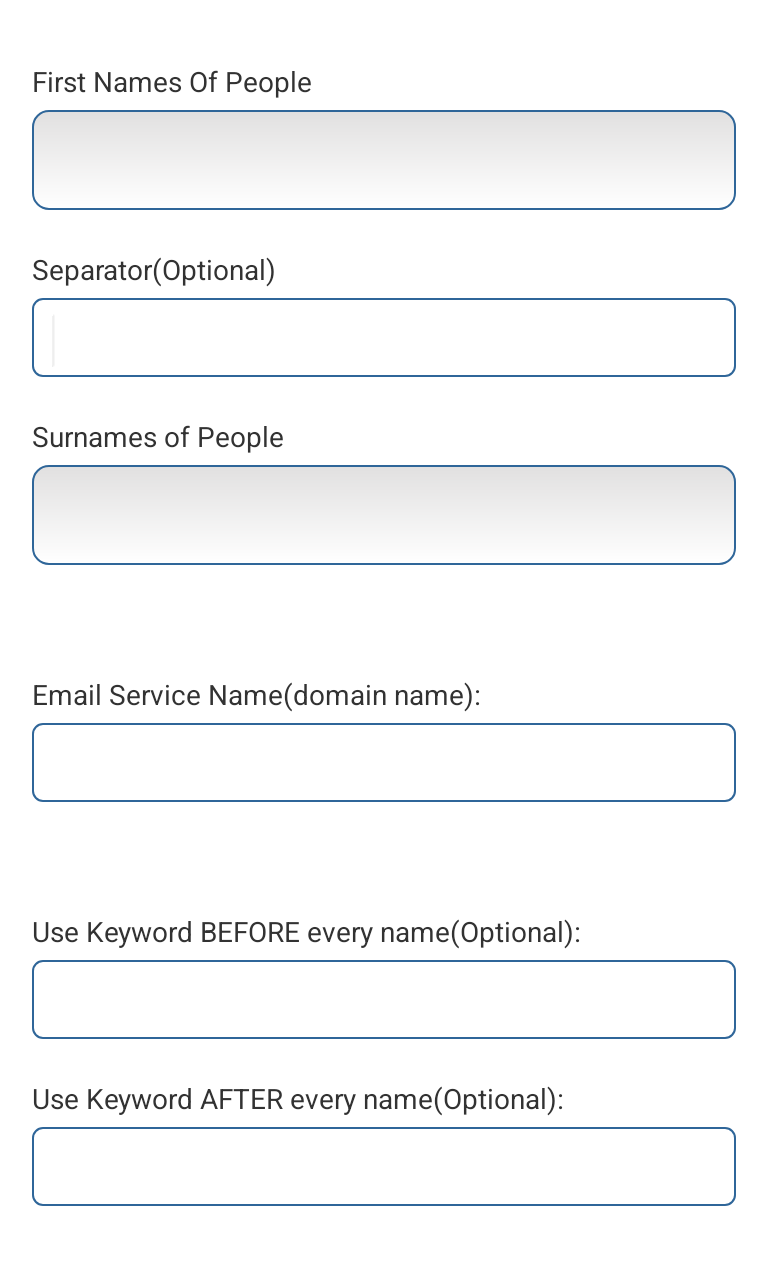
Repository: gperedo/AllAndroid
Layout: UltimateEmailIDEngine/res/layout/inputdata_activity.xml
The author's editor kept a copy of each file at every save. The layout is drawn from the files as they stood at one save, then again after the next save.
It is drawn on a 768 x 1280 px phone screen (xhdpi) without system bars, with theme AppTheme; the app's code is not run.

Above is the layout before, as saved 2014-01-17 03:44:18.

After the next save:
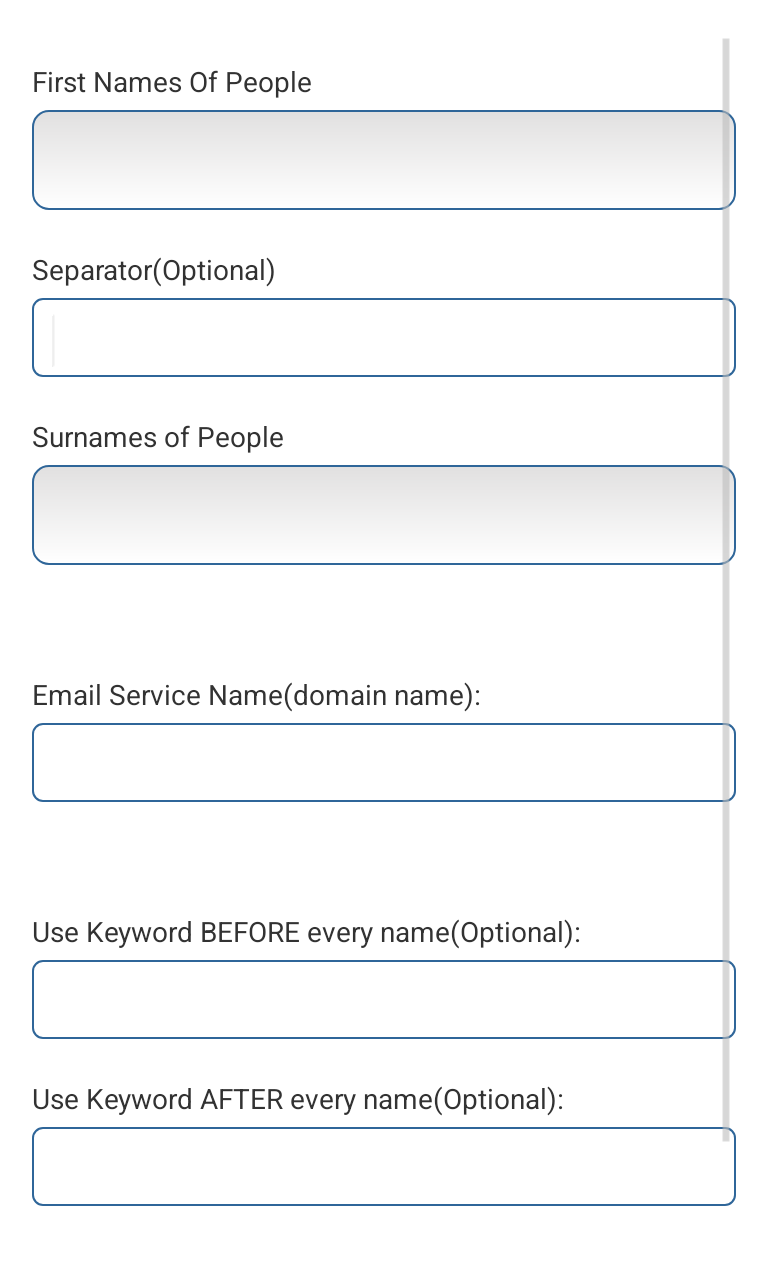
Saved 101 s later.
--- a/UltimateEmailIDEngine/res/layout/inputdata_activity.xml
+++ b/UltimateEmailIDEngine/res/layout/inputdata_activity.xml
@@ -1,5 +1,5 @@
 <?xml version="1.0" encoding="utf-8"?>
-<RelativeLayout xmlns:android="http://schemas.android.com/apk/res/android"
+<ScrollView xmlns:android="http://schemas.android.com/apk/res/android"
     android:layout_width="match_parent"
     android:layout_height="match_parent"
     android:paddingBottom="@dimen/activity_vertical_margin"
@@ -190,4 +190,4 @@
         </LinearLayout>
     </LinearLayout>
 
-</RelativeLayout>
+</ScrollView>
